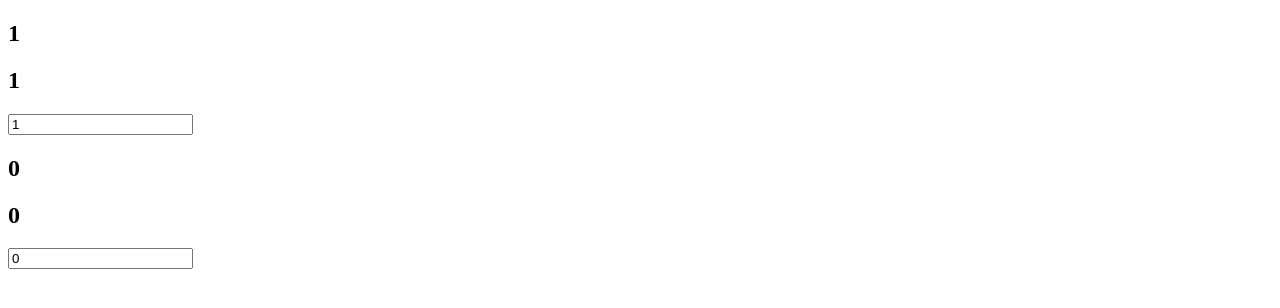
Repository: dashuizun/myProject
Page: Vue/VueZong/cs.html
An editor plug-in stored every save of this project. The page is shown before and after the next save, followed by the edit.
The browser window is 1280 px wide. The pictures show the whole page.

Above is the page before, as saved 2020-11-05 11:52:45.

After the next save:
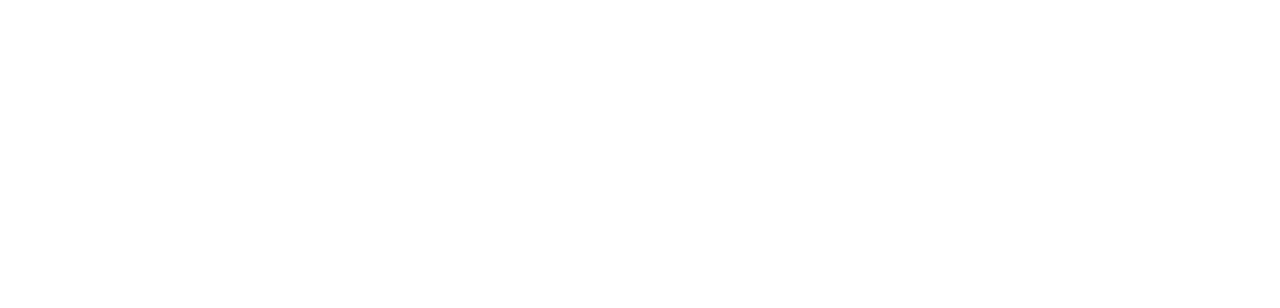
Console error: SyntaxError: Unexpected identifier 'numinput1'
Saved 29 s later.
--- a/Vue/VueZong/cs.html
+++ b/Vue/VueZong/cs.html
@@ -50,6 +50,11 @@
           methods: {
             numinput1(event) {
               this.dnumber1 = event.target.value
+              this.$emit('num1change', dnumber1)
+            }
+            numinput1(event) {
+              this.dnumber1 = event.target.value
+              this.$emit('num1change', dnumber1)
             }
           }
         }

After the save that followed:
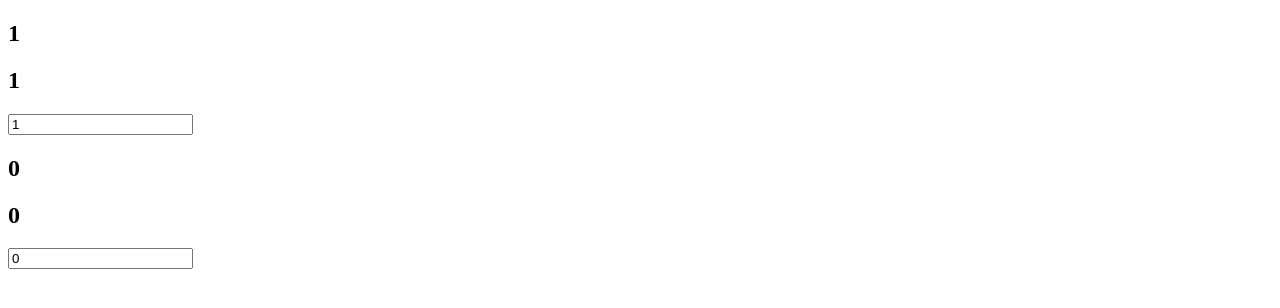
The error is gone.
Saved 11 s later.
--- a/Vue/VueZong/cs.html
+++ b/Vue/VueZong/cs.html
@@ -51,10 +51,10 @@
             numinput1(event) {
               this.dnumber1 = event.target.value
               this.$emit('num1change', dnumber1)
-            }
-            numinput1(event) {
-              this.dnumber1 = event.target.value
-              this.$emit('num1change', dnumber1)
+            },
+            numinput2(event) {
+              this.dnumber2 = event.target.value
+              this.$emit('num2change', dnumber2)
             }
           }
         }
